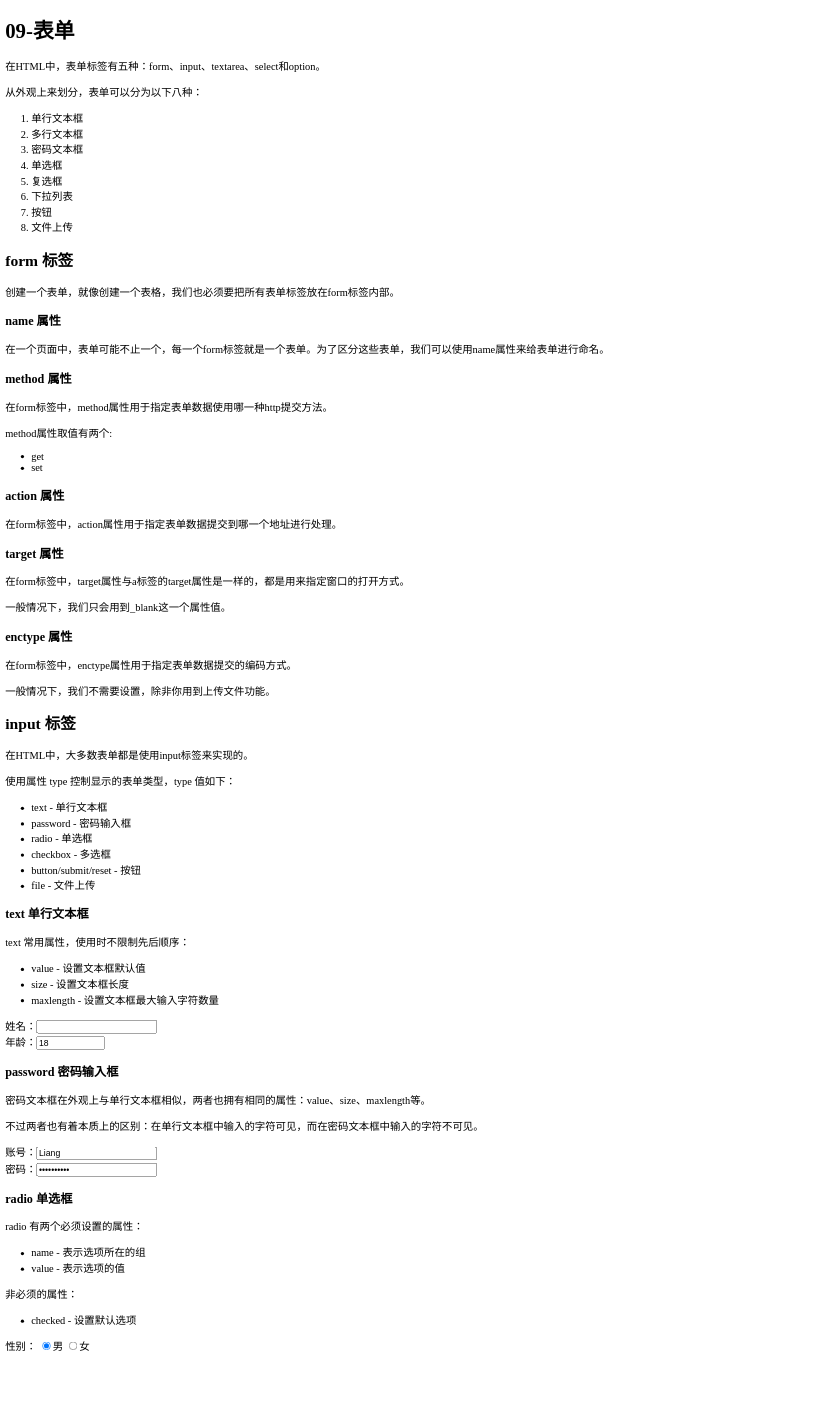
Repository: liang-n/front-end-basics
Page: 09-表单.html
The author's editor kept a copy of each file at every save. The page is drawn from the files as they stood at one save, then again after the next save.
The browser window is 1280 px wide. The pictures show the whole page, at 65% of full size.

Above is the page before, as saved 2022-05-15 17:07:04.

### 09-表单.html
<!DOCTYPE html>
<html>

<head>
    <meta charset="utf-8">
    <title>09-表单</title>
</head>

<body>
    <h1>09-表单</h1>

    <p>在HTML中，表单标签有五种：form、input、textarea、select和option。</p>
    <p>从外观上来划分，表单可以分为以下八种：</p>
    <ol>
        <li>单行文本框</li>
        <li>多行文本框</li>
        <li>密码文本框</li>
        <li>单选框</li>
        <li>复选框</li>
        <li>下拉列表</li>
        <li>按钮</li>
        <li>文件上传</li>
    </ol>

    <h2>form 标签</h2>

    <p>创建一个表单，就像创建一个表格，我们也必须要把所有表单标签放在form标签内部。</p>
    <h3>name 属性</h3>
    <p>在一个页面中，表单可能不止一个，每一个form标签就是一个表单。为了区分这些表单，我们可以使用name属性来给表单进行命名。</p>
    <h3>method 属性</h3>
    <p>在form标签中，method属性用于指定表单数据使用哪一种http提交方法。</p>
    <p>method属性取值有两个:</p>
    <ul>
        <li>get</li>
        <li>set</li>
    </ul>
    <h3>action 属性</h3>
    <p>在form标签中，action属性用于指定表单数据提交到哪一个地址进行处理。</p>
    <h3>target 属性</h3>
    <p>在form标签中，target属性与a标签的target属性是一样的，都是用来指定窗口的打开方式。</p>
    <p>一般情况下，我们只会用到_blank这一个属性值。</p>
    <h3>enctype 属性</h3>
    <p>在form标签中，enctype属性用于指定表单数据提交的编码方式。</p>
    <p>一般情况下，我们不需要设置，除非你用到上传文件功能。</p>

    <h2>input 标签</h2>

    <p>在HTML中，大多数表单都是使用input标签来实现的。</p>
    <p>使用属性 type 控制显示的表单类型，type 值如下：</p>
    <ul>
        <li>text - 单行文本框</li>
        <li>password - 密码输入框</li>
        <li>radio - 单选框</li>
        <li>checkbox - 多选框</li>
        <li>button/submit/reset - 按钮</li>
        <li>file - 文件上传</li>
    </ul>

    <h3>text 单行文本框</h3>

    <p>text 常用属性，使用时不限制先后顺序：</p>
    <ul>
        <li>value - 设置文本框默认值</li>
        <li>size - 设置文本框长度</li>
        <li>maxlength - 设置文本框最大输入字符数量</li>
    </ul>
    <form method="post">
        姓名：<input type="text"><br>
        年龄：<input type="text" value="18" size="10" maxlength="3">
    </form>

    <h3>password 密码输入框</h3>

    <p>密码文本框在外观上与单行文本框相似，两者也拥有相同的属性：value、size、maxlength等。</p>
    <p>不过两者也有着本质上的区别：在单行文本框中输入的字符可见，而在密码文本框中输入的字符不可见。</p>
    <form method="post">
        账号：<input type="text" maxlength="10" value="Liang"><br>
        密码：<input type="password" maxlength="10" value="1234567890">
    </form>

    <h3>radio 单选框</h3>

    <p>radio 有两个必须设置的属性：</p>
    <ul>
        <li>name - 表示选项所在的组</li>
        <li>value - 表示选项的值</li>
    </ul>
    <p>非必须的属性：</p>
    <ul>
        <li>checked - 设置默认选项</li>
    </ul>
    <form method="post">
        性别：
        <input type="radio" name="gender" value="0" checked>男
        <input type="radio" name="gender" value="1">女
    </form>

    <h3></h3>
</body>

<br><br><br>

</html>

After the next save:
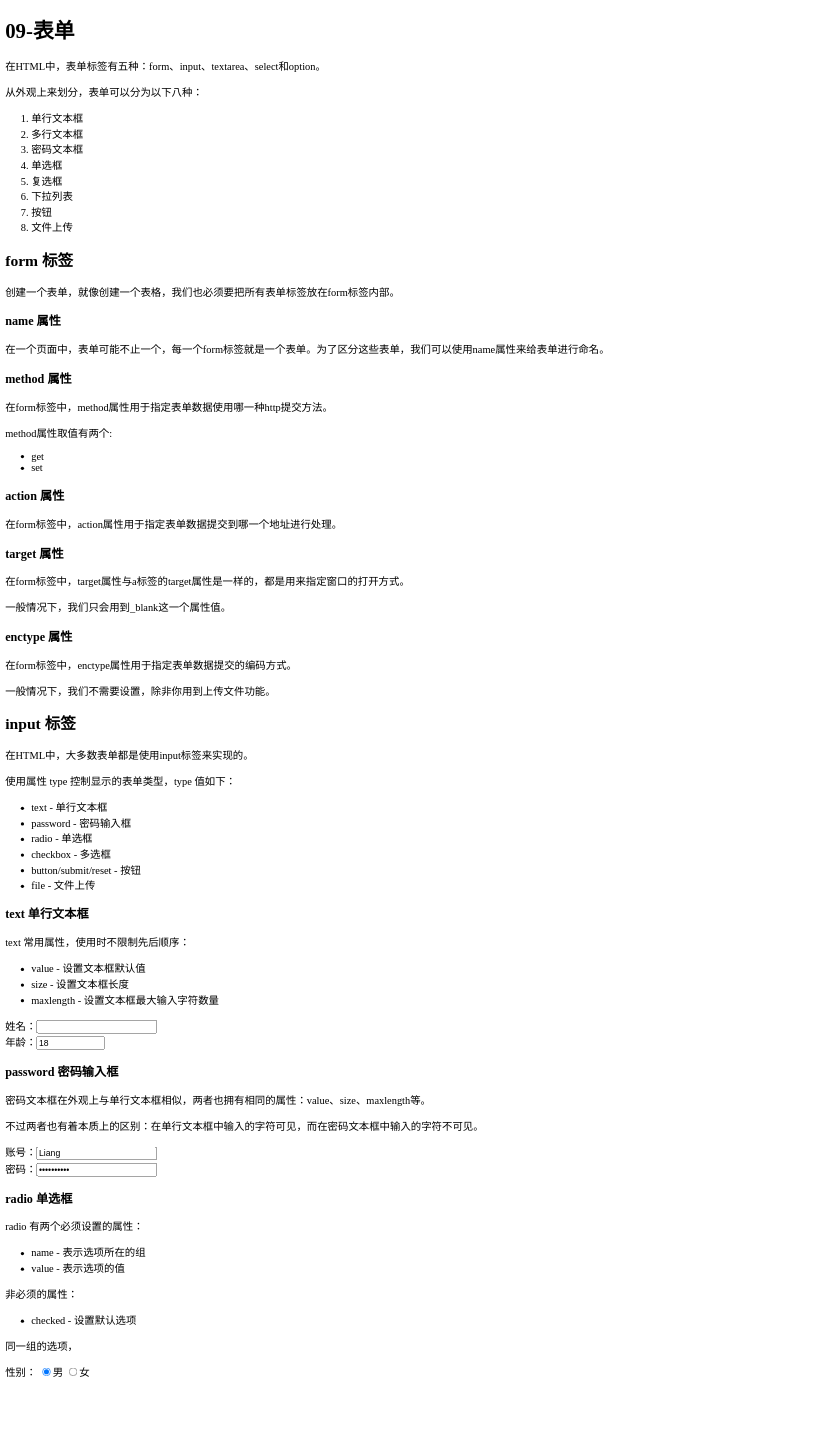
Saved 47 s later.
--- a/09-表单.html
+++ b/09-表单.html
@@ -89,6 +89,7 @@
     <ul>
         <li>checked - 设置默认选项</li>
     </ul>
+    <p>同一组的选项，</p>
     <form method="post">
         性别：
         <input type="radio" name="gender" value="0" checked>男
